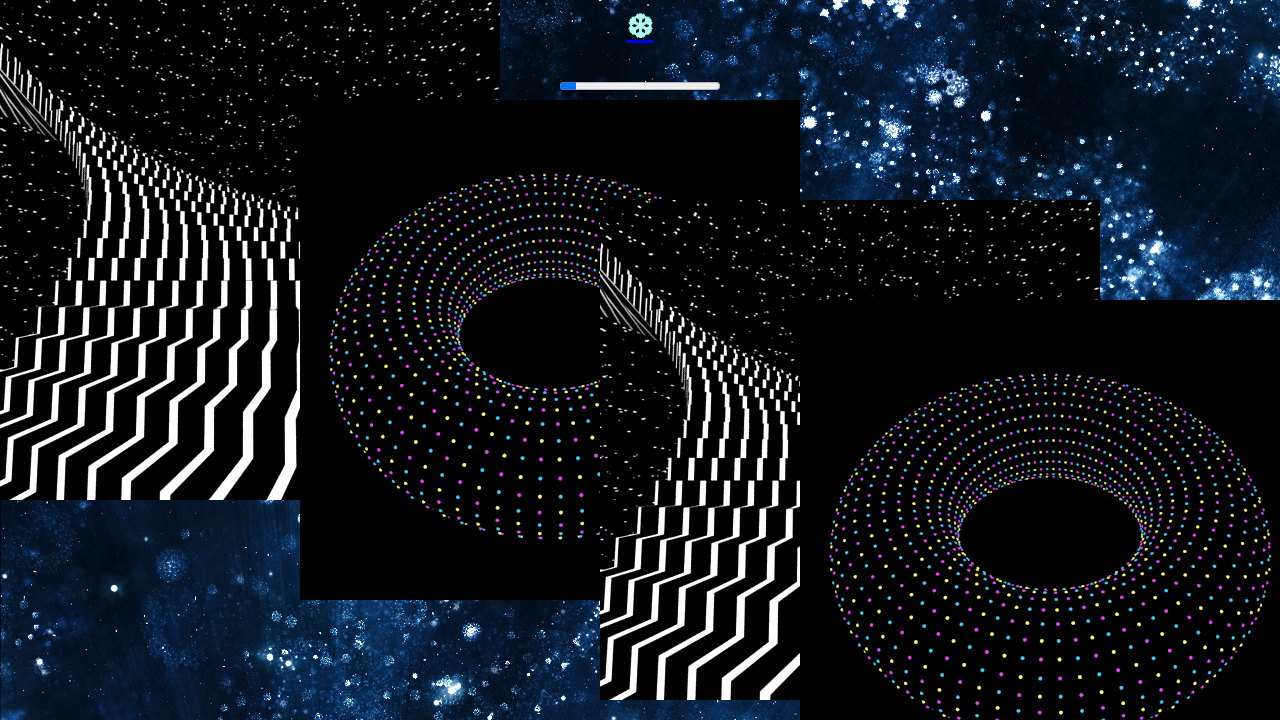
Repository: hanj291/hanj291.github.io
Page: CSS_composition/page5.html
The author's editor kept a record of every edit. The page is drawn from the files as they stood at one moment, then again after the next edit.
The browser window is 1280 px wide. The pictures show the whole page.

Above is the page before.

After the next edit:
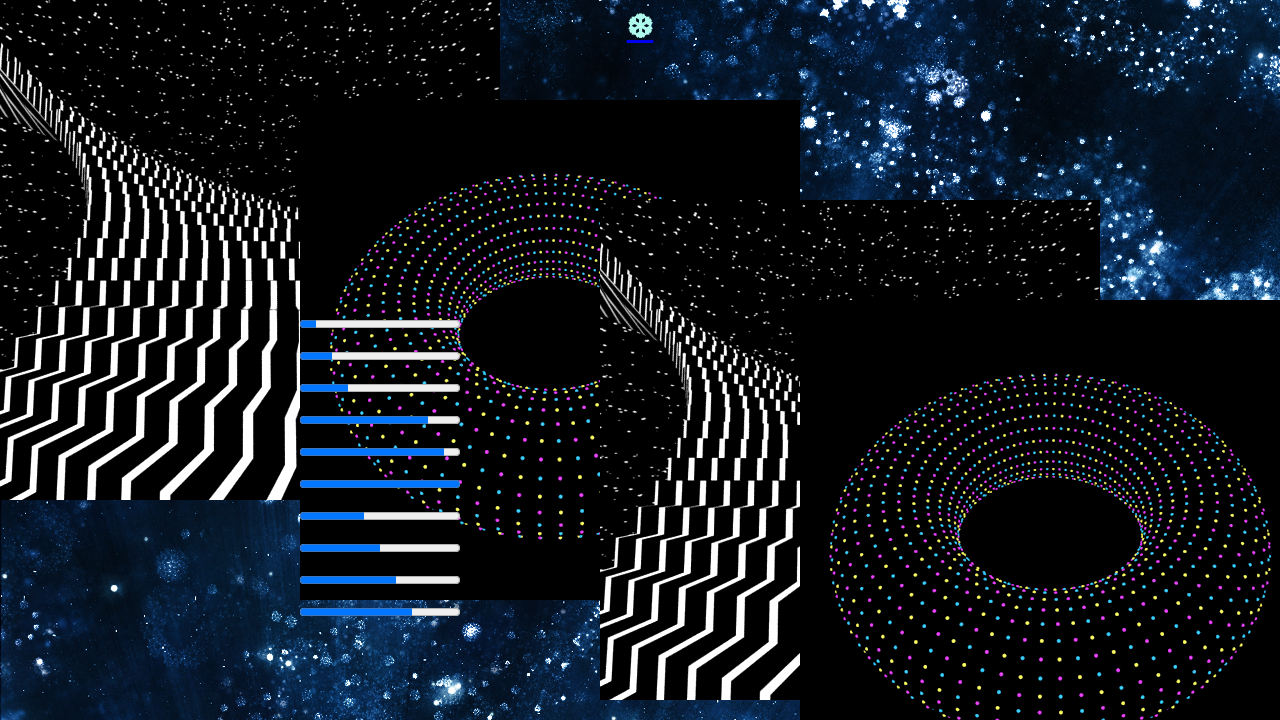
The edit:
--- a/CSS_composition/page5.html
+++ b/CSS_composition/page5.html
@@ -11,7 +11,8 @@
 		<div class=i2></div>
 		<div class=i3></div>
 		<div class=i4></div>
-			<p><progress value="10" max="100"></progress>
+		<div class=i5>
+		<p><progress value="10" max="100"></progress>
 		<p><progress value="20" max="100"></progress>
 		<p><progress value="30" max="100"></progress>
 		<p><progress value="80" max="100"></progress>
